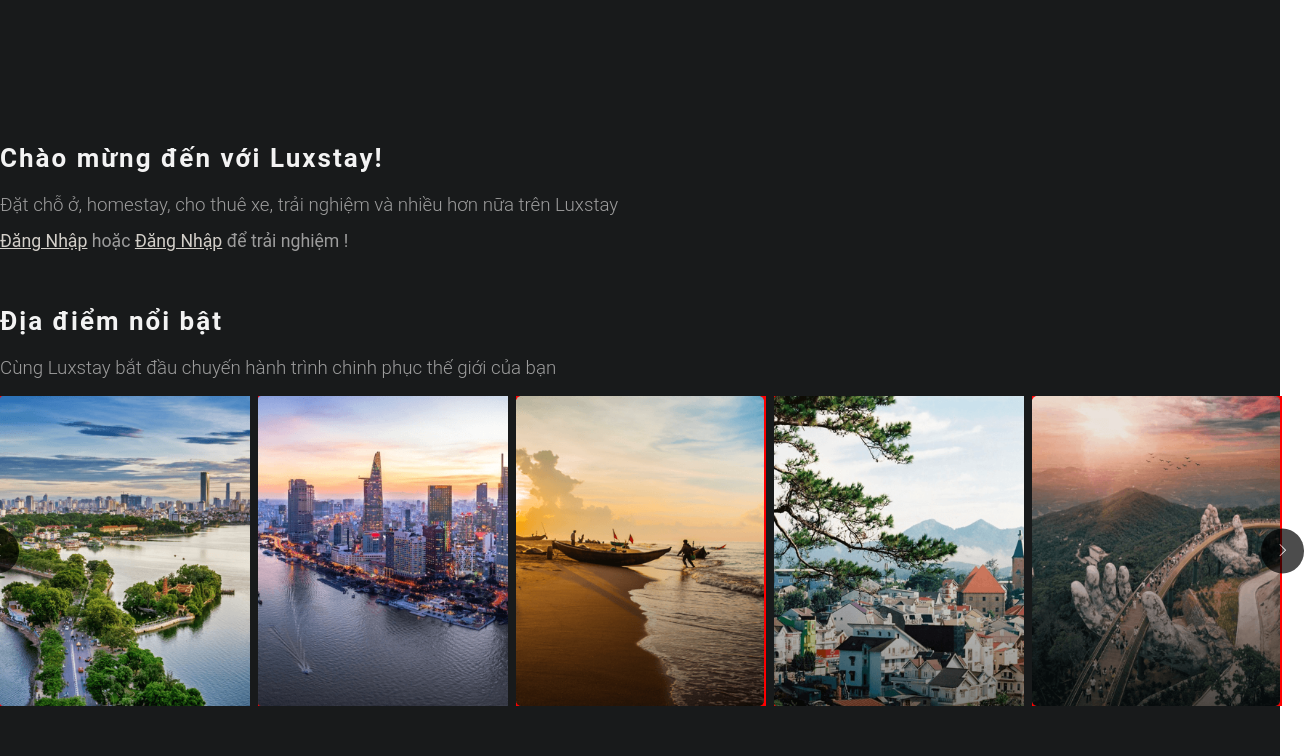
Repository: thuong22062004/Luxstay
Page: index.html
These files come from the project's save history. The page is drawn as it stood at one moment and after the next save; the edit follows.
The browser window is 1280 px wide. The page is 1304 px wide, so the pictures cover 1304 px, including what lies to the right of the window. The pictures show the whole page.
Some web libraries are served in a nearby version.

Above is the page before, as saved 2021-11-21 08:15:00.
Console error: TypeError: Cannot read properties of undefined (reading 'offsetWidth')

After the next save:
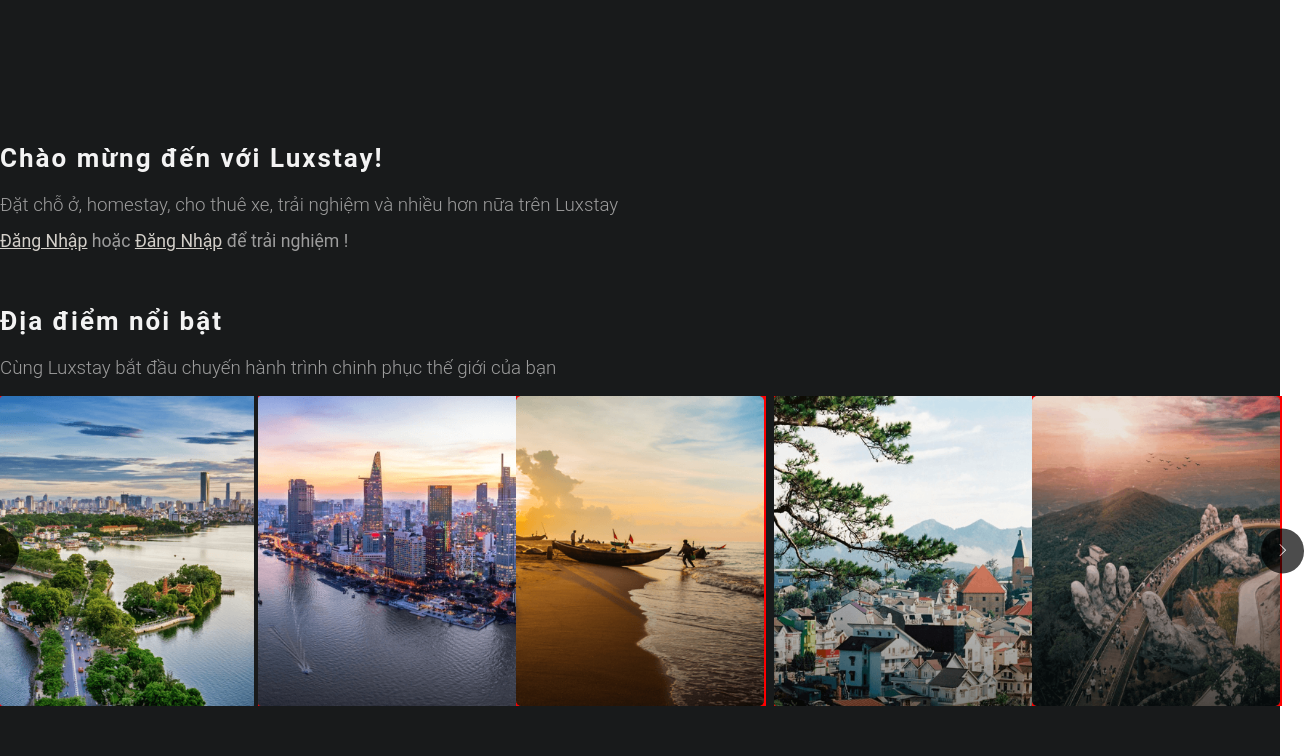
Saved 13 s later.
--- a/travel/dif.css
+++ b/travel/dif.css
@@ -330,9 +330,12 @@
     padding-bottom: 50px;
     cursor: pointer;
 }
-.img__local-list{
+.img-hover{
     position: relative;
     overflow: hidden;
+}
+.img__local-list{
+
     background:red;
     width:100%;
     height:100%;

After the save that followed:
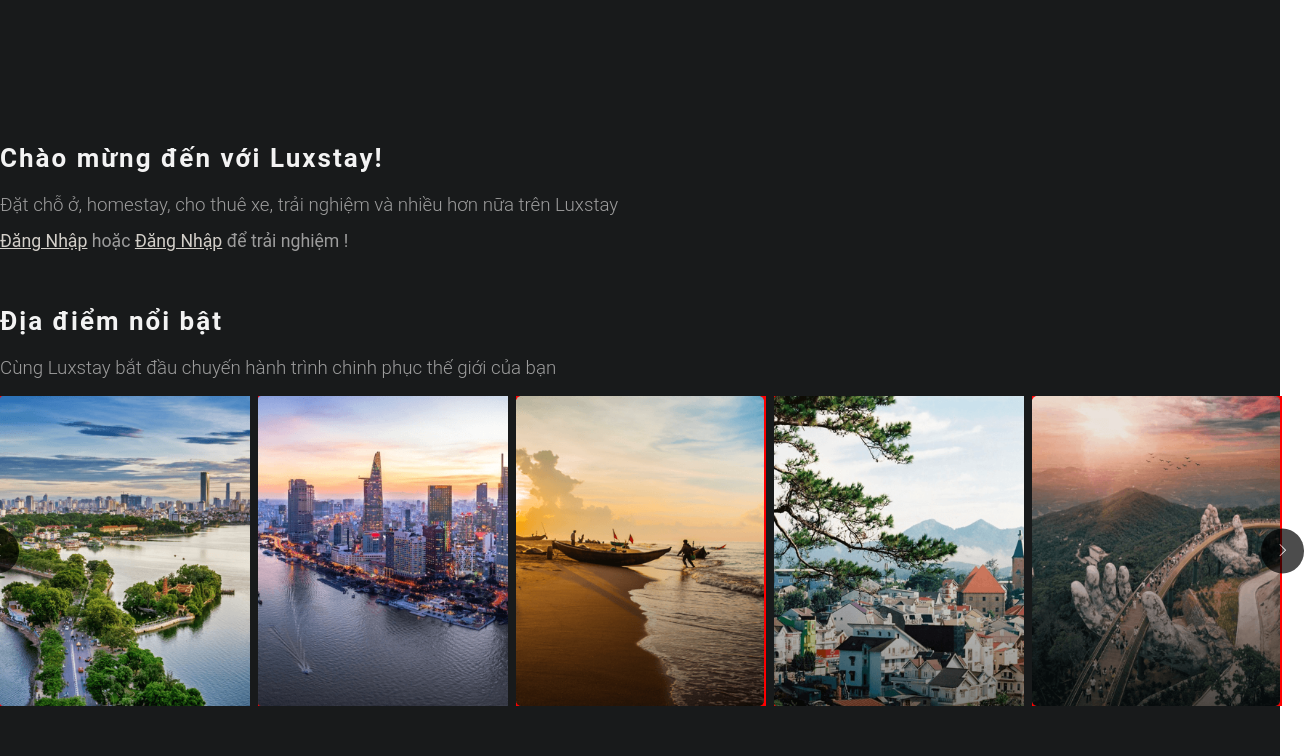
Saved 23 s later.
--- a/travel/dif.css
+++ b/travel/dif.css
@@ -332,10 +332,9 @@
 }
 .img-hover{
     position: relative;
+}
+.img__local-list{
     overflow: hidden;
-}
-.img__local-list{
-
     background:red;
     width:100%;
     height:100%;
